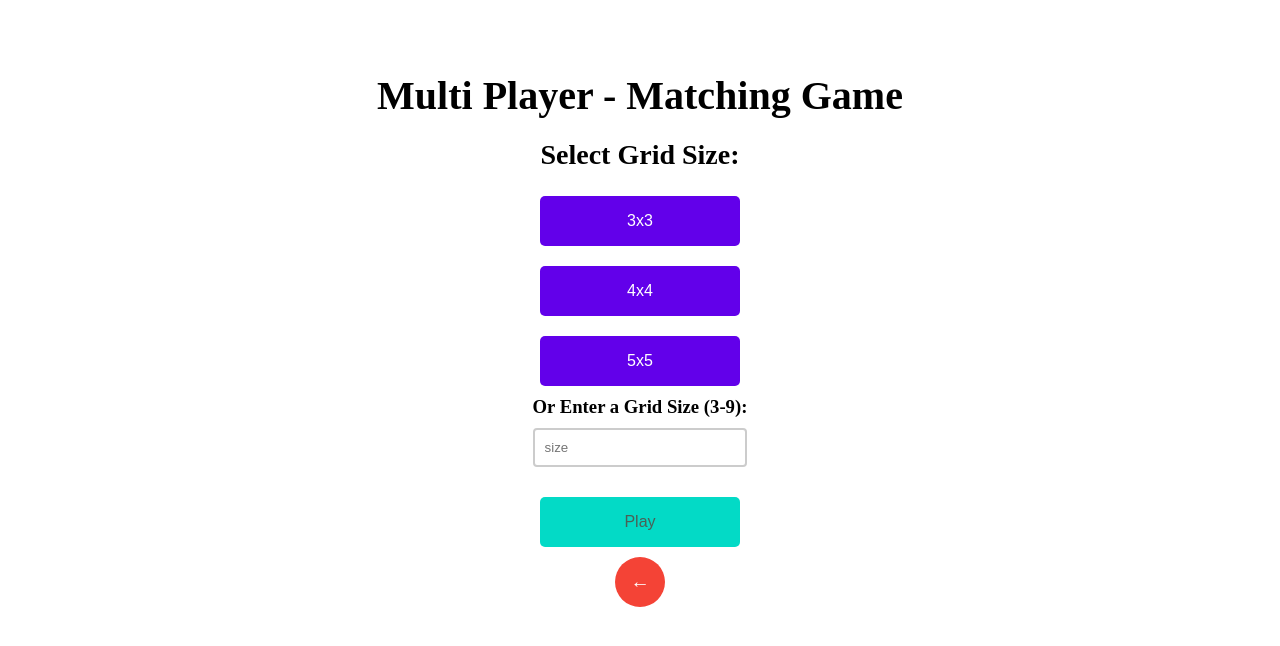
Repository: parnelltse/frontend2-courseproject
Page: /multiplayer
An editor plug-in stored every save of this project. The page is shown before and after the next save, followed by the edit.
The browser window is 1280 px wide. The pictures show the whole page.
The project was rebuilt for these pictures with package versions that can differ from the ones it lists, and the page was loaded fresh each time. Also part of the build but not shown: vite.config.js, src/pages/landing.jsx, src/pages/home.jsx, src/pages/gameoptions.jsx, src/pages/appsettings.jsx, src/pages/profilesettings.jsx, src/pages/gamehistory.jsx, src/pages/singleplayer.jsx and 3 more.

Above is the page before, as saved 2024-11-16 01:38:22.

### src/App.jsx
import React, { useState } from 'react';
import { BrowserRouter as Router, Routes, Route } from 'react-router-dom';
import { Landing } from './pages/landing';
import Home from './pages/home';
import Gameoptions from './pages/gameoptions';
import AppSettings from './pages/appsettings';
import ProfileSettings from './pages/profilesettings';
import GameHistory from './pages/gamehistory'; // Import GameHistory
import SinglePlayer from './pages/singleplayer';
import MultiPlayer from './pages/multiplayer';
import ResumeGame from './pages/resumegame';
import SingleGame from './pages/singlegame';
import MultiGame from './pages/multigame';

function App() {
  const [scores, setScores] = useState([
    { date: '2024-10-19', score: 85, gameMode: 'Single Player' },
    { date: '2024-10-18', score: 90, gameMode: 'Multiplayer' },
    { date: '2024-10-17', score: 75, gameMode: 'Single Player' },
  ]);

  return (
    <Router>
      <Routes>
        <Route path="/" element={<Landing />} />
        <Route path="/home" element={<Home />} />
        <Route path="/gameoptions" element={<Gameoptions />} />
        <Route path="/appsettings" element={<AppSettings />} />
        <Route path="/profilesettings" element={<ProfileSettings />} />
        <Route path="/gamehistory" element={<GameHistory scores={scores} />} /> {/* Pass scores as prop */}
        <Route path="/singleplayer" element={<SinglePlayer />} />
        <Route path="/multiplayer" element={<MultiPlayer />} />
        <Route path="/resumegame" element={<ResumeGame />} />
        <Route path="/singlegame" element={<SingleGame />} />
        <Route path="/multigame" element={<MultiGame />} />
      </Routes>
    </Router>
  );
}

export default App;

### src/index.css
/** landing page */

.landing-nav {
    display: flex;
    flex-direction: column;
    justify-content: center;
    align-items: center;
    gap: 20px
}

.app .headline {
    text-align: center;
}

/** account form */

.sub-btn {
    align-items: center;
    margin: auto;
    margin-top: 10px;
}


/* Single player*/

.single-btn {
    margin: auto;
    align-items: center;
    background-color: #03dac6;
    color: rgb(74, 96, 86); /* darker text */
}

.single-btn:hover {
    background-color: #018786;
    color: white;

}

.single-container {
    padding-top: 10vh;
    align-items: center;
    margin: auto;
}

.single-bottom {
    margin: auto;
    width: 100vw;
    align-items: center;
    align-self: center;
    display: flex;
    justify-content: center;
    flex-direction: column;
}




.home-container {
    background-color: #fff;
    border-radius: 150px;
    box-shadow: 0 5px 15px rgba(0, 0, 0, 0.35);
    position: relative;
    overflow: hidden;
    width: 768px;
    max-width: 100%;
    min-height: 480px;
    margin: auto;
}

.home-container p {
  font-size: 14px;
  line-height: 20px;
  letter-spacing: 0.3px;
  margin: 20px 0;
}


.home-container span {
  font-size: 12px;
}

.home-container a {
  color: #333;
  font-size: 13px;
  text-decoration: none;
  margin: 15px 0 10px;
}
.home-container button {
  background-color: #6200ea;
  color: #fff;
  padding: 10px 45px;
  border: 2px solid transparent;
  border-radius: 8px;
  font-weight: 600;
  letter-spacing: 0.5px;
  text-transform: uppercase;
  margin-top: 10px;
  cursor: pointer;
}

.home-container button.hidden {
  background-color: transparent;
  border-color: #fff;
}

.home-container form {
  background-color: #fff;
  display: flex;
  align-items: center;
  justify-content: center;
  flex-direction: column;
  padding: 0 40px;
  height: 100%;
}

.home-container input {
  background-color: #eee;
  border: none;
  margin: 8px 0;
  padding: 10px 15px;
  font-size: 13px;
  border-radius: 8px;
  width: 100%;
  outline: none;
}

.sign-up, .sign-in {
  position: absolute;
  top: 0;
  height: 100%;
  transition: all 0.6s ease-in-out;
}

.sign-in {
  left: 0;
  width: 50%;
  z-index: 2;
}

.home-container.active .sign-in {
  transform: translateX(100%);
}

.sign-up {
  left: 0;
  width: 50%;
  z-index: 1;
  opacity: 0;
}

.home-container.active .sign-up {
  transform: translateX(100%);
  opacity: 1;
  z-index: 5;
  animation: move 0.6s;
}

@keyframes move {
  0%, 49.99%{
    opacity: 0;
    z-index: 1;
  }
    50%, 100%{
    opacity: 1;
    z-index: 5;
  }
}

.toogle-container {
  position: absolute;
  top: 0;
  left: 50%;
  width: 50%;
  height: 100%;
  overflow: hidden;
  border-radius: 150px;
  z-index: 1000;
  transition: all 0.6s ease-in-out;
}

.home-container.active .toogle-container {
  transform: translateX(-100%);
  border-radius: 150px;
}

.toogle {
  background-color: #6200ea;
  height: 100%;
  background: #6200ea;
  color: #fff;
  position: relative;
  left: -100%;
  width: 200%;
  transform: translateX(0);
  transition: all 0.6s ease-in-out;
}

.home-container.active .toogle {
  transform: translateX(50%);
}

.toogle-panel {
  position: absolute;
  width: 50%;
  height: 100%;
  display: flex;
  justify-content: center;
  align-items: center;
  flex-direction: column;
  padding: 0 30px;
  text-align: center;
  top: 0;
  transform: translateX(0);
  transition: all 0.6s ease-in-out;
}

.toogle-left {
  transform: translateX(-200%);
}

.home-container.active .toogle-left {
  transform: translateX(0);
}

.toogle-right {
  right: 0;
  transform: translateX(0);
}

.home-container.active .toogle-right {
  transform: translateX(200%);
}


.titleholder {
  display: flex;
  justify-content: center;
  gap: 20px;
  align-items: flex-end;
}

.gameInfo {
  color: #333;
  font-size: 24px;
  padding-bottom: 22px;
  cursor: pointer;
}

.overlayContainer {
  position: fixed; /* Position it fixed to cover the viewport */
  top: 0;
  left: 0;
  right: 0;
  bottom: 0;
  background-color: rgba(0, 0, 0, 0.5); /* Semi-transparent dark background */
  display: flex;
  justify-content: center;
  align-items: center;
  z-index: 2000;
}

.contentBox {
  width: 800px;
  height: 500px;
  background-color: rgb(235, 220, 245);
  border-radius: 20px;
  padding: 40px;
  display: flex;
  flex-direction: column;
  align-items: center;
  justify-content: center;
}

.overlayHeader {
  text-align: center;
  padding-bottom: 20px;
  font-size: 22px;
}

.overlayContent {
  font-size: 18px;
  padding-bottom: 40px;
}

.overButton {
  align-content: center;
  align-items: center;
  font-size: 24px;
}

/* Home page */

.home-board {
  width: 500px;
  height: 400px;
  margin: auto;
  align-items: center;
  display: flex;
  flex-direction: column;
  justify-content: center;
  border-radius: 30px;
  background: #a7cbe9;
}

.play-btn {
  background-color: #3d8b5e; /* Button background */
  color: white; /* Text color */
  font-size: 28px; /* Font size */
  padding: 15px 25px; /* Button padding */
  border: none; /* Remove default border */
  border-radius: 5px; /* Rounded corners */
  position: relative; /* Ensures stacking context for pseudo-element */
  cursor: pointer; /* Pointer cursor on hover */
  overflow: hidden; /* Prevents the animation from spilling outside */
  z-index: 1; /* Prevent the border animation from overflowing */
  height: 60px;
}

.play-btn:hover {
  background-color: #507c62; /* Button background */
}

### src/pages/multiplayer.jsx

import React, { useState } from "react";
import { useNavigate } from "react-router-dom";
import BackButton from "../components/BackButton";

export default function MultiPlayer() {
	const navigate = useNavigate();
	const [gridSize, setGridSize] = useState("");

	const handleInputChange = (e) => {
		const value = e.target.value;
		if (!isNaN(value) && value >= 3 && value <= 9) {
			//  input is a number between 3 and 9
			setGridSize(value);
		}
	};

	// Function to set preset grid size
	const handleButtonClick = (size) => {
		setGridSize(size);
	};

	return (
		<div className="single-container">
			<h1>Multi Player - Matching Game</h1>

			<div className="game-options">
				<h2>Select Grid Size:</h2>

				<button onClick={() => handleButtonClick(3)}>3x3</button>
				<button onClick={() => handleButtonClick(4)}>4x4</button>
				<button onClick={() => handleButtonClick(5)}>5x5</button>

				<div>
					<h3>Or Enter a Grid Size (3-9):</h3>
					<input
						type="number"
						value={gridSize}
						onChange={handleInputChange}
						placeholder="size"
						min="3"
						max="9"
					/>
				</div>
			</div>

			{gridSize && (
				<div>
					<h2>
						You selected: {gridSize}x{gridSize}
					</h2>
				</div>
			)}

			<div className="single-bottom">
				<button
					onClick={() => {
						navigate("/Multigame");
					}}
					className="single-btn"
				>
					Play
				</button>
				<BackButton />
			</div>
		</div>
	);
}

### src/App.css
/* General Reset */
* {
	margin: 0;
	padding: 0;
	box-sizing: border-box;
}

/* Home page */
.container {
	align-items: center; /* Center the items horizontally */
	justify-content: center; /* Center the items vertically */
	min-height: 100vh; /* Full viewport height */
	background-color: #e3f2fd; /* Light blue background color */
	padding: 20px; /* Padding around content */
	padding-top: 15vh;
}

header {
	text-align: center;
	margin-bottom: 40px; /* Space below header */
	margin: auto;
}

button {
	background-color: #1e88e5; /* Button background color */
	color: white; /* White text color */
	border: none; /* Remove border */
	border-radius: 5px; /* Rounded corners */
	padding: 10px; /* Padding for buttons */
	cursor: pointer; /* Pointer cursor */
	transition: background-color 0.3s; /* Smooth background transition */
	width: 200px; /* Fixed width for all buttons */
	height: 50px; /* Fixed height for all buttons */
	font-size: 1rem; /* Font size for button text */
	margin: 10px; /* Space between buttons */
}

button:hover {
	background-color: #1565c0; /* Darker button color on hover */
}

.button-container {
	display: flex; /* Use flexbox for button alignment */
	flex-direction: column; /* Stack buttons vertically */
	align-items: center; /* Center buttons horizontally */
}

.title {
	font-size: 2.5rem; /* Title font size */
	text-align: center; /* Center the title text */
	margin-bottom: 20px; /* Space below title */
}

.profile-button {
	background-color: #6200ea; /* Primary color */
	color: white; /* White text */
	border: none; /* Remove border */
	border-radius: 5px; /* Rounded corners */
	padding: 10px 20px; /* Button padding */
	font-size: 24px; /* Font size */
	cursor: pointer; /* Pointer cursor on hover */
	transition: background-color 0.3s; /* Smooth background transition */
	width: 200px; /* Ensure the width matches other buttons */
	height: 50px; /* Ensure the height matches other buttons */
	margin-top: 100px;
}

.profile-button:hover {
	background-color: #3700b3; /* Darker shade on hover */
}

.button-container {
	display: flex;
	gap: 20px; /* Space between buttons */
}

.play-button,
.settings-button {
	background-color: #03dac6; /* Secondary color */
	border: none;
	border-radius: 5px;
	padding: 15px 25px; /* Button padding */
	font-size: 1.5rem; /* Font size */
	cursor: pointer; /* Pointer cursor on hover */
	transition: background-color 0.3s; /* Smooth background transition */
	align-items: center;
	text-align: center;
}

.play-button {
	color: rgb(74, 96, 86); /* darker text */
}

.settings-button {
	color: white; /* white text */
}

.play-button:hover {
	background-color: #018786; /* Darker shade on hover */
	color: white; /* white text */

}

.settings-button {
	background-color: #ff5722; /* Different color for settings */
}

.settings-button:hover {
	background-color: #c41c00; /* Darker shade on hover */
}

/* Typography */
h1 {
	font-size: 2.5rem;
	text-align: center;
	margin-bottom: 20px;
}

h2 {
	font-size: 1.75rem;
	text-align: center;
	margin-bottom: 15px;
}

/* Button Styles */
button {
	background-color: #6200ea;
	color: white;
	padding: 10px 20px;
	border: none;
	border-radius: 5px;
	cursor: pointer;
	margin: 10px;
	transition: background-color 0.3s ease;
}

button:hover {
	background-color: #3700b3;
}

/* Form Input Styles */
input[type="text"],
input[type="password"],
input[type="number"] {
	width: 100%;
	padding: 10px;
	margin: 10px 0;
	box-sizing: border-box;
	border: 2px solid #ccc;
	border-radius: 4px;
}

form {
	max-width: 400px;
	margin: 20px auto;
	display: flex;
	flex-direction: column;
}

/* Back Button */
button.back-btn {
	background-color: #f44336;
	color: white;
	border-radius: 50%;
	width: 50px;
	height: 50px;
	display: flex;
	justify-content: center;
	align-items: center;
	font-size: 1.2rem;
}

button.back-btn:hover {
	background-color: #e53935;
}

/* App Settings */
.app-settings {
	display: flex;
	flex-direction: column;
	justify-content: center;
	align-items: center;
	padding: 20px;
	text-align: center;
	min-height: 100vh;
	padding-top: 20vh;
}

.setting-bottons {
	display: flex;
	justify-content: center;
	flex-direction: column;
	margin: auto;
	align-items: center;
}

.theme-toggle {
	background-color: #333;
	color: white;
	padding: 10px;
	border-radius: 5px;
	cursor: pointer;
}

.theme-toggle:hover {
	background-color: #555;
}

/* Game Options */
.game-options {
	display: flex;
	flex-direction: column;
	align-items: center;
	margin: 20px;
}

button.grid-size {
	background-color: #2196f3;
	margin: 5px;
}

button.grid-size:hover {
	background-color: #1976d2;
}

/* single and multiplayer pages */
img {
	max-width: 100%;
	height: auto;
	display: block;
	margin: 0 auto;
}

.game-grid {
	display: grid;
	grid-template-columns: repeat(5, 1fr); /* 5 columns for a 5x5 grid */
	gap: 10px; /* Space between grid items */
	padding: 20px; /* Optional padding around the grid */
}

.game-item {
	background-color: #c5d9e8; /* Background color for game items */
	border: 1px solid #100f0f; /* Border for each game item */
	border-radius: 5px; /* Rounded corners */
	display: flex; /* Center content */
	align-items: center; /* Center content vertically */
	justify-content: center; /* Center content horizontally */
	height: 100px; /* Fixed height for game items */
	font-size: 1.2em; /* Font size for game item text */
}

/* history page */

.history-container {
	display: flex;
	flex-direction: column;
	align-items: center;
	justify-content: center;
	min-height: 100vh; /* Full viewport height */
	background-color: #f9f9f9; /* Light background color */
	padding: 20px; /* Padding around content */
}

.history-title {
	font-size: 2.5rem; /* Title font size */
	color: #333; /* Darker text color */
	margin-bottom: 10px; /* Space below title */
}

.history-description {
	font-size: 1.2rem; /* Description font size */
	color: #666; /* Slightly lighter text color */
	text-align: center; /* Center-align description */
	margin-bottom: 30px; /* Space below description */
}

.score-table {
	width: 100%;
	max-width: 600px; /* Max width for the table */
	margin: 0 auto; /* Center the table */
	background-color: white; /* White background for the table */
	border-radius: 8px; /* Rounded corners */
	box-shadow: 0 4px 8px rgba(0, 0, 0, 0.1); /* Subtle shadow */
	overflow: hidden; /* Ensure rounded corners apply */
}

table {
	width: 100%; /* Full width of the table */
	border-collapse: collapse; /* Remove space between table cells */
}

th,
td {
	padding: 15px; /* Cell padding */
	text-align: left; /* Align text to the left */
	border-bottom: 1px solid #e0e0e0; /* Bottom border for rows */
}

th {
	background-color: #6200ea; /* Header background color */
	color: white; /* White text for header */
}

tr:hover {
	background-color: #f1f1f1; /* Highlight row on hover */
}

.back-button {
	margin-top: 20px; /* Space above the back button */
}

/* profile settings page*/

.profile-settings-container {
	display: flex;
	flex-direction: column;
	align-items: center;
	justify-content: center;
	min-height: 100vh; /* Full viewport height */
	background-color: #f9f9f9; /* Light background color */
	padding: 20px; /* Padding around content */
}

.profile-settings-title {
	font-size: 2.5rem; /* Title font size */
	color: #333; /* Darker text color */
	margin-bottom: 20px; /* Space below title */
}

.submitted-username {
	font-size: 1.5rem; /* Font size for submitted username */
	color: #6200ea; /* Color for submitted username */
	margin-bottom: 20px; /* Space below username display */
}

.profile-settings-form {
	display: flex;
	flex-direction: column;
	align-items: center; /* Center align the form elements */
	margin-bottom: 20px; /* Space below the form */
}

.username-input {
	padding: 10px; /* Padding for input */
	font-size: 1rem; /* Font size for input */
	border: 1px solid #ccc; /* Border for input */
	border-radius: 4px; /* Rounded corners */
	margin-bottom: 10px; /* Space below input */
	width: 100%; /* Full width */
	max-width: 300px; /* Max width for input */
}

.save-button {
	padding: 10px 20px; /* Padding for button */
	background-color: #6200ea; /* Button background color */
	color: white; /* Button text color */
	border: none; /* Remove border */
	border-radius: 4px; /* Rounded corners */
	cursor: pointer; /* Pointer cursor on hover */
	font-size: 1rem; /* Font size for button */
}

.save-button:hover {
	background-color: #3700b3; /* Darker button color on hover */
}

.navigation-buttons {
	display: flex;
	gap: 10px; /* Space between navigation buttons */
}

.scores-button {
	padding: 10px 20px; /* Padding for button */
	background-color: #03dac6; /* Button background color */
	color: white; /* Button text color */
	border: none; /* Remove border */
	border-radius: 4px; /* Rounded corners */
	cursor: pointer; /* Pointer cursor on hover */
	font-size: 1rem; /* Font size for button */
}

.scores-button:hover {
	background-color: #018786; /* Darker button color on hover */
}

/* game options page */

.game-options-container {
	display: flex;
	flex-direction: column;
	align-items: center;
	justify-content: center;
	min-height: 100vh; /* Full viewport height */
	background-color: #f0f4f8; /* Light background color */
	padding: 20px; /* Padding around content */
}

.game-options-title {
	font-size: 2.5rem; /* Title font size */
	color: #333; /* Darker text color */
	margin-bottom: 40px; /* Space below title */
}

.game-options-buttons {
	display: flex;
	flex-direction: column; /* Arrange buttons vertically */
	gap: 15px; /* Space between buttons */
}

.game-option-button {
	padding: 15px 30px; /* Padding for buttons */
	font-size: 1.2rem; /* Font size for buttons */
	background-color: #6200ea; /* Button background color */
	color: white; /* Button text color */
	border: none; /* Remove border */
	border-radius: 5px; /* Rounded corners */
	cursor: pointer; /* Pointer cursor on hover */
	transition: background-color 0.3s; /* Smooth background transition */
	width: 100%; /* Full width */
	max-width: 300px; /* Max width for buttons */
}

.game-option-button:hover {
	background-color: #3700b3; /* Darker button color on hover */
}

/* create account page */

.create-container {
	display: flex;
	flex-direction: column;
	align-items: center;
	justify-content: center;
	min-height: 100vh; /* Full viewport height */
	background-color: #f0f4f8; /* Light background color */
	padding: 20px; /* Padding around content */
}

.create-header {
	text-align: center; /* Center header text */
	margin-bottom: 40px; /* Space below header */
}

.create-header h1 {
	font-size: 2.5rem; /* Title font size */
	color: #000000; /* Primary color for title */
}

.create-header h2 {
	font-size: 1.5rem; /* Subtitle font size */
	color: #333; /* Darker color for subtitle */
	margin-top: 10px; /* Space above subtitle */
}

.create-container > * {
	margin: 10px 0; /* Space between elements */
}

.back-button {
	margin-top: 20px; /* Space above back button */
	background-color: #6200ea; /* Match primary color */
	color: white; /* White text color */
	border: none; /* Remove border */
	border-radius: 5px; /* Rounded corners */
	padding: 10px 20px; /* Padding for button */
	cursor: pointer; /* Pointer cursor */
	transition: background-color 0.3s; /* Smooth background transition */
}

.back-button:hover {
	background-color: #3700b3; /* Darker button color on hover */
}

/* login page */
.login-container {
	align-items: flex-start;
	justify-content: center;
	min-height: 100vh; /* Full viewport height */
	background-color: #ede3fd; /* Light blue background color */
	padding-top: 20vh;
}

.login-header {
	text-align: center; /* Center header text */
	margin-bottom: 40px; /* Space below header */
}

.login-header h1 {
	font-size: 2.5rem; /* Title font size */
	color: #3700b3; /* Primary color for title */
}

.login-header h2 {
	font-size: 1.5rem; /* Subtitle font size */
	color: #424242; /* Darker color for subtitle */
	margin-top: 10px; /* Space above subtitle */
}

.account-form {
	width: 100%; /* Full width for the form */
	max-width: 400px; /* Maximum width for the form */
	background-color: white; /* White background for form */
	border-radius: 8px; /* Rounded corners */
	box-shadow: 0 2px 10px rgba(0, 0, 0, 0.1); /* Subtle shadow */
	padding: 20px; /* Padding inside the form */
}

button {
	background-color: #6200ea; /* Match primary color */
	color: white; /* White text color */
	border: none; /* Remove border */
	border-radius: 5px; /* Rounded corners */
	padding: 10px 20px; /* Padding for button */
	cursor: pointer; /* Pointer cursor */
	transition: background-color 0.3s; /* Smooth background transition */
}

button:hover {
	background-color: #3700b3; /* Darker button color on hover */
}

.account-form input {
	margin: 10px 0; /* Space between inputs */
	padding: 10px; /* Padding for inputs */
	border: 1px solid #ccc; /* Light border for inputs */
	border-radius: 5px; /* Rounded corners for inputs */
	width: 100%; /* Full width for inputs */
}

### src/components/BackButton.jsx
import React from "react";
import { useNavigate } from "react-router-dom";

export default function BackButton() {
	const navigate = useNavigate();

	return (
		<button className="back-btn" onClick={() => navigate(-1)}>
			&#x2190;
		</button>
	);
}

Loaded but not shown: index.html (common file); src/main.jsx (common file)

After the next save:
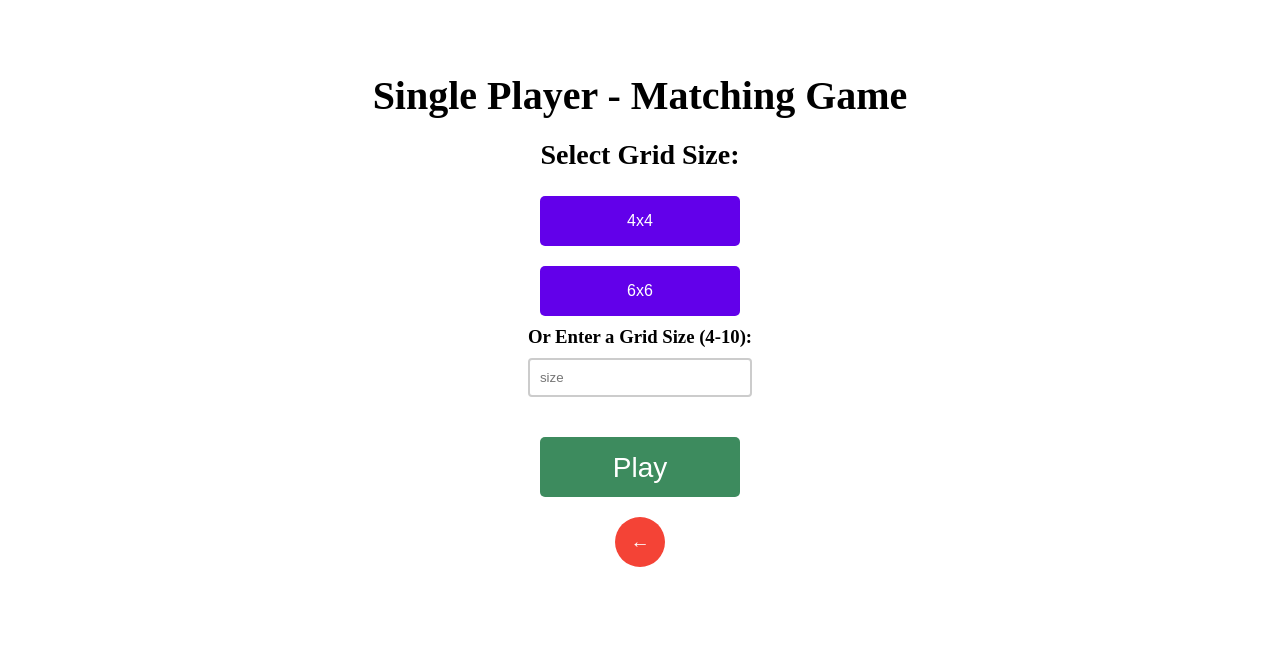
Saved 11 min 13 s later.
--- a/src/pages/multiplayer.jsx
+++ b/src/pages/multiplayer.jsx
@@ -8,38 +8,40 @@ export default function MultiPlayer() {
 	const [gridSize, setGridSize] = useState("");
 
 	const handleInputChange = (e) => {
-		const value = e.target.value;
-		if (!isNaN(value) && value >= 3 && value <= 9) {
-			//  input is a number between 3 and 9
-			setGridSize(value);
+		const value = parseInt(e.target.value, 10);
+
+		if (!isNaN(value)) {
+			// Ensure the value is even and within the range of 4-10
+			if (value >= 4 && value <= 10 && value % 2 === 0) {
+				setGridSize(value);
+			}
 		}
 	};
 
-	// Function to set preset grid size
+	// Function to set predset grid size
 	const handleButtonClick = (size) => {
 		setGridSize(size);
 	};
 
 	return (
 		<div className="single-container">
-			<h1>Multi Player - Matching Game</h1>
+			<h1>Single Player - Matching Game</h1>
 
 			<div className="game-options">
 				<h2>Select Grid Size:</h2>
 
-				<button onClick={() => handleButtonClick(3)}>3x3</button>
 				<button onClick={() => handleButtonClick(4)}>4x4</button>
-				<button onClick={() => handleButtonClick(5)}>5x5</button>
+				<button onClick={() => handleButtonClick(6)}>6x6</button>
 
 				<div>
-					<h3>Or Enter a Grid Size (3-9):</h3>
+					<h3>Or Enter a Grid Size (4-10):</h3>
 					<input
 						type="number"
 						value={gridSize}
 						onChange={handleInputChange}
 						placeholder="size"
-						min="3"
-						max="9"
+						min="4"
+						max="10"
 					/>
 				</div>
 			</div>
@@ -55,9 +57,13 @@ export default function MultiPlayer() {
 			<div className="single-bottom">
 				<button
 					onClick={() => {
-						navigate("/Multigame");
+						if (gridSize >= 4 && gridSize <= 10 && gridSize % 2 === 0) {
+							navigate("/multigame", { state: { gridSize } });
+						} else {
+							alert("Please select a valid grid size.");
+						}
 					}}
-					className="single-btn"
+					className="play-btn"
 				>
 					Play
 				</button>
